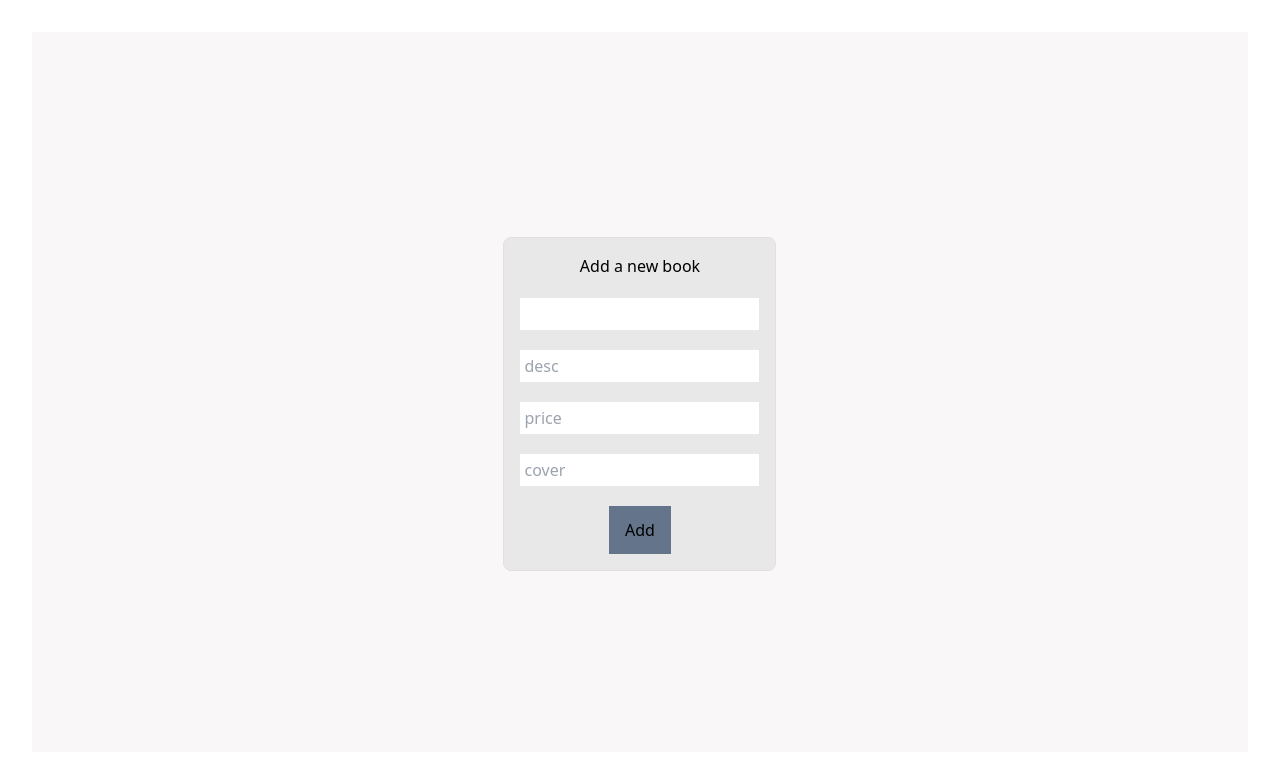
Repository: Vasil1001/fullstack-nutrition-tracker
Page: /add (app in frontend/)
An editor plug-in stored every save of this project. The page is shown before and after the next save, followed by the edit.
The browser window is 1280 px wide. The pictures show the whole page.
The project was rebuilt for these pictures with package versions that can differ from the ones it lists, and the page was loaded fresh each time. Also part of the build but not shown: frontend/vite.config.js, frontend/src/pages/Books.jsx, frontend/src/pages/Update.jsx.

Above is the page before, as saved 2023-05-21 20:57:42.

After the next save:
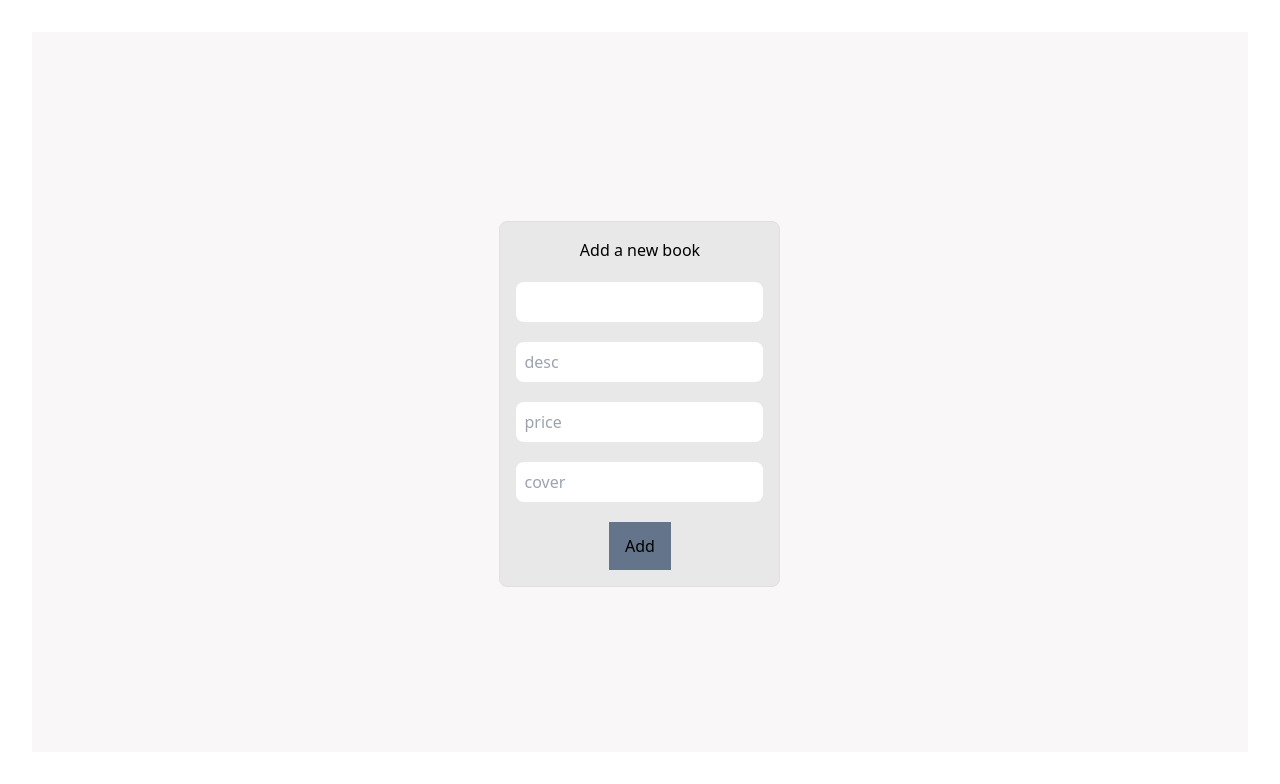
Saved 5 s later.
--- a/frontend/src/pages/Add.jsx
+++ b/frontend/src/pages/Add.jsx
@@ -32,10 +32,10 @@ export default function Add() {
   return (
     <div className="mx-auto mt-6 flex flex-col rounded-lg border border-[#e1e0e0] bg-[#e8e8e8] p-4 items-center justify-center gap-5">
       <h1>Add a new book</h1>
-      <input className='p-1' type="text" palceholder="title" name="title" onChange={handleChange} />
-      <input className='p-1' type="text" placeholder="desc" name="desc" onChange={handleChange} />
-      <input className='p-1' type="number" placeholder="price" name="price" onChange={handleChange} />
-      <input className='p-1' type="text" placeholder="cover" name="cover" onChange={handleChange} />
+      <input className='p-2 rounded-lg' type="text" palceholder="title" name="title" onChange={handleChange} />
+      <input className='p-2 rounded-lg' type="text" placeholder="desc" name="desc" onChange={handleChange} />
+      <input className='p-2 rounded-lg' type="number" placeholder="price" name="price" onChange={handleChange} />
+      <input className='p-2 rounded-lg' type="text" placeholder="cover" name="cover" onChange={handleChange} />
       <button className="bg-slate-500 p-3 px-4" onClick={handleClick}>
         Add
       </button>
